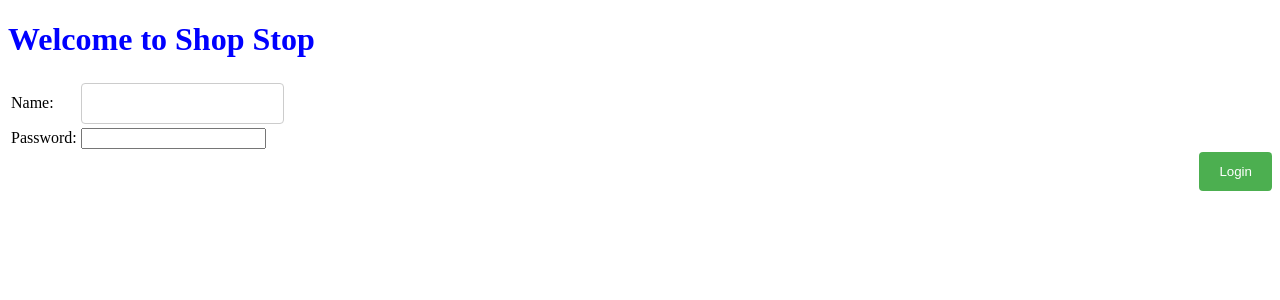
Repository: Sarvada12/Javascript
Page: eclipse/ShopStop/src/main/webapp/login.html
These files come from the project's save history. The page is drawn as it stood at one moment and after the next save; the edit follows.
The browser window is 1280 px wide. The pictures show the whole page.

Above is the page before, as saved 2021-11-30 06:23:54.

### eclipse/ShopStop/src/main/webapp/login.html
<!DOCTYPE html>
<html>
<head>
<meta charset="ISO-8859-1">
<title>Shop Stop -Login</title>
<style>
h1{color:blue}

* {
box-sizing: border-box;
}



input[type=text]{
width: 100%;
padding: 12px;
border: 1px solid #ccc;
border-radius: 4px;
resize: vertical;
}

input[type=submit] {
background-color: #4CAF50;
color: white;
padding: 12px 20px;
border: none;
border-radius: 4px;
cursor: pointer;
float: right;
}



input[type=submit]:hover {
background-color: #45a049;
}
</style>
</head>
<body>
<h1>Welcome to Shop Stop</h1>


<form action="Login" method="post">
<table>
<tr>
<td>Name:</td>
<td><input type="text" name="userName"></td>
</tr>

<tr>
<td>Password:</td>
<td><input type="password" name="userPassword"></td>
</tr>

</table>



<input type="submit" value="Login">
</form>

</body>
</html>

After the next save:
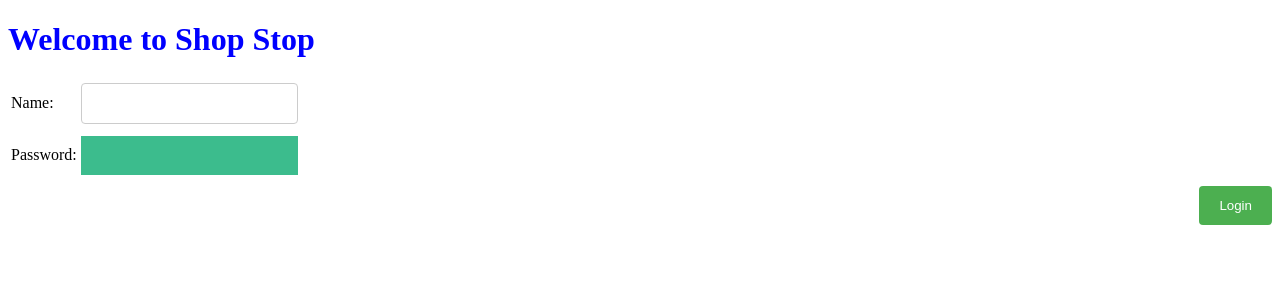
Saved 84 s later.
--- a/eclipse/ShopStop/src/main/webapp/login.html
+++ b/eclipse/ShopStop/src/main/webapp/login.html
@@ -19,6 +19,18 @@ border: 1px solid #ccc;
 border-radius: 4px;
 resize: vertical;
 }
+
+input[type=password] {
+width: 100%;
+padding: 12px 20px;
+margin: 8px 0;
+box-sizing: border-box;
+border: none;
+background-color: #3CBC8D;
+color: white;
+}
+
+
 
 input[type=submit] {
 background-color: #4CAF50;
